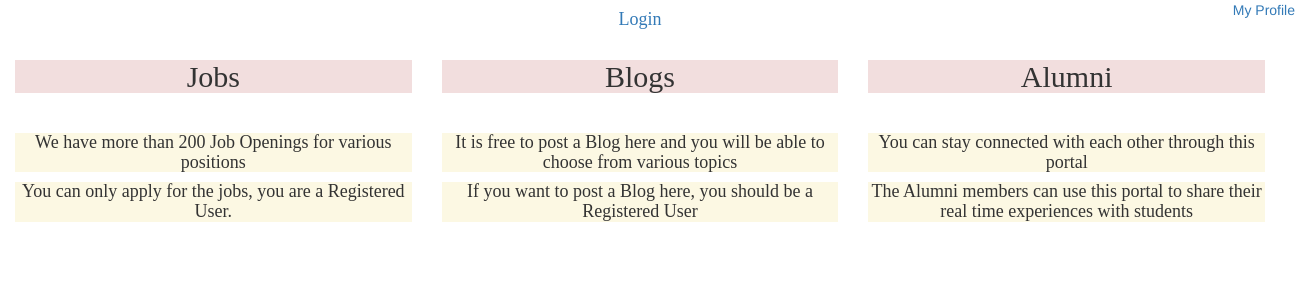
Repository: KaustubhKamat/CollaborationPlatform
Page: CollaborationFrontEnd/WebContent/c_common/Home.html
The author's editor kept a copy of each file at every save. The page is drawn from the files as they stood at one save, then again after the next save.
The browser window is 1280 px wide. The page is 1295 px wide, so the pictures cover 1295 px, including what lies to the right of the window. The pictures show the whole page.
Some web libraries are served in a nearby version.

Above is the page before, as saved 2017-03-09 11:51:48.

After the next save:
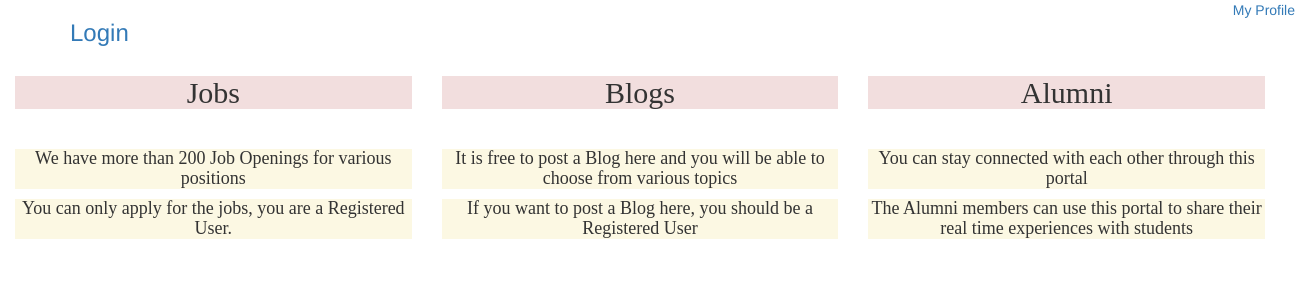
Saved 22 s later.
--- a/CollaborationFrontEnd/WebContent/c_common/Home.html
+++ b/CollaborationFrontEnd/WebContent/c_common/Home.html
@@ -35,7 +35,7 @@ h4 {
 
 <div ng-hide="currentUser.id" class="container">
 <div class="nav navbar-nav navbar-right"></div>
-<h4><a href="#/login">Login</a></h4>
+<h3><a href="#/login">Login</a></h3>
 
 </div>
 
